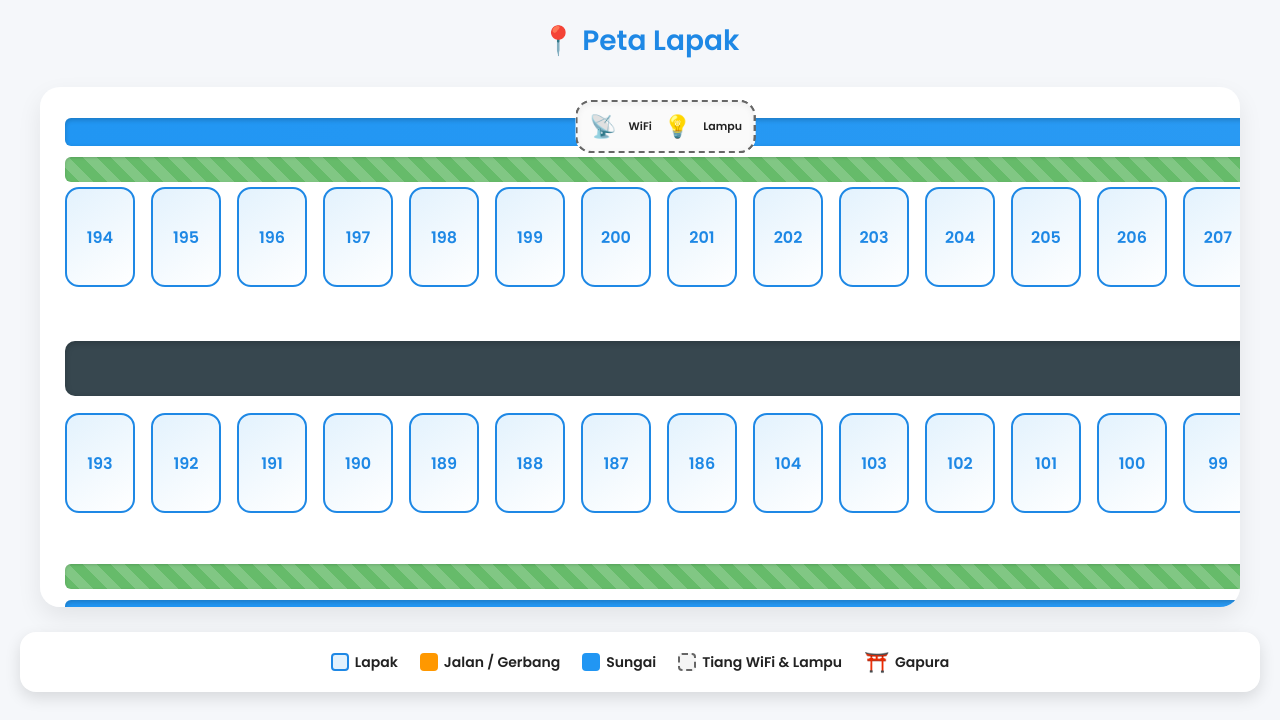
Repository: pasarrakyatbak/denah
Page: index.html
The author's editor kept a copy of each file at every save. The page is drawn from the files as they stood at one save, then again after a run of saves.
The browser window is 1280 px wide. The pictures show the whole page.
An inner scrolling area shows only its first screen.

Above is the page before, as saved 2025-09-19 19:02:27.

### index.html
<!DOCTYPE html>
<html lang="id">

<head>
    <meta charset="utf-8" />
    <meta name="viewport" content="width=device-width, initial-scale=1" />
    <title>Peta Lapak Modern</title>
    <link href="https://fonts.googleapis.com/css2?family=Poppins:wght@400;600&display=swap" rel="stylesheet">
    <link rel="stylesheet" href="style.css" />
</head>

<body>
    <h1>📍 Peta Lapak</h1>

    <!-- Tooltip -->
    <div class="tooltip" id="tooltip"></div>

    <!-- Grid Container -->
    <div class="scroll-container">
        <div class="h-inner">

            <!-- Rumput kiri -->
            <div class="sungai-side">🌊 Sungai</div>
            <div class="rumput"></div>
            <!-- Lapak kanan (sekarang di atas jalan utama) -->
            <div class="row bottom" id="right-side"></div>
            <!-- Jalan utama -->
            <div class="road-wrapper">
                <div class="road">JALAN UTAMA</div>
            </div>

            <!-- Lapak kiri (sekarang di bawah jalan utama) -->
            <div class="row top" id="left-side"></div>

            <!-- Rumput kanan -->
            <div class="rumput"></div>
            <div class="sungai-side">🌊 Sungai</div>
        </div>
    </div>


    <!-- Legend -->
    <div class="legend">
        <div>
            <div class="legend-color lapak-color"></div> Lapak
        </div>
        <div>
            <div class="legend-color jalan-color"></div> Jalan / Gerbang
        </div>
        <div>
            <div class="legend-color sungai-color"></div> Sungai
        </div>
        <div>
            <div class="legend-color tiang-color"></div> Tiang WiFi & Lampu
        </div>
        <div>
            <div class="legend-icon">⛩️</div> Gapura
        </div>
    </div>
    </div>

    <script src="script.js"></script>
</body>

</html>

### style.css
/* Reset & Base */
* {
    margin: 0;
    padding: 0;
    box-sizing: border-box;
}

body {
    font-family: 'Poppins', sans-serif;
    background: #f5f7fa;
    color: #222;
    padding: 20px;
    text-align: center;
}

h1 {
    font-size: 28px;
    margin-bottom: 25px;
    color: #1e88e5;
    font-weight: 700;
}

/* Scroll container */
.scroll-container {
    width: 100%;
    max-width: 1200px;
    height: 520px;
    overflow: auto;
    background: #fff;
    border-radius: 20px;
    padding: 25px;
    box-shadow: 0 10px 25px rgba(0, 0, 0, 0.08);
    margin: auto;
}

.h-inner {
    display: flex;
    flex-direction: column;
    gap: 5px;
    min-width: max-content;
}

.row {
    display: flex;
    gap: 16px;
    align-items: flex-start;
    flex-wrap: wrap;
    min-width: max-content;
}

/* Lapak modern */
.lapak {
    width: 70px;
    height: 100px;
    border-radius: 14px;
    background: linear-gradient(145deg, #e3f2fd, #ffffff);
    border: 2px solid #1e88e5;
    color: #1e88e5;
    font-weight: 600;
    display: flex;
    align-items: center;
    justify-content: center;
    cursor: pointer;
    font-size: 16px;
    transition: all 0.3s ease;
}

.lapak:hover {
    background: #1e88e5;
    color: #fff;
    transform: translateY(-6px) scale(1.08);
    box-shadow: 0 10px 18px rgba(30, 136, 229, 0.35);
}

/* Jalan utama */
.road {
    height: 85px;
    background: #37474f;
    color: #fff;
    display: flex;
    align-items: center;
    justify-content: center;
    border-radius: 14px;
    font-weight: 700;
    font-size: 16px;
    margin: 12px 0;
    letter-spacing: 1px;
    box-shadow: inset 0 2px 6px rgba(0, 0, 0, 0.2);
}

/* Jalan / Gerbang */
.jalan-gerbang {
    width: 150px;
    height: 50px;
    background: #ff9800;
    color: #fff;
    display: flex;
    align-items: center;
    justify-content: center;
    border-radius: 12px;
    font-weight: 700;
    transition: all 0.3s;
    box-shadow: 0 4px 12px rgba(255, 152, 0, 0.3);
}

.jalan-gerbang:hover {
    background: #fb8c00;
    transform: translateY(-4px);
}

/* Gapura lintas jalan */
.gapura-container {
    width: 70px;
    height: 100px;
    display: flex;
    flex-direction: column;
    align-items: center;
    justify-content: center;
    gap: 4px;
}

.gapura-icon {
    font-size: 26px;
}

.gapura-arrow {
    font-size: 18px;
}

/* Sungai */
.sungai-bawah {
    background: linear-gradient(180deg, #2196f3 0%, #64b5f6 100%);
    border-radius: 12px;
    color: #fff;
    font-weight: 600;
    display: flex;
    align-items: center;
    justify-content: center;
    font-size: 0.85em;
    width: 120%;
    height: 40px;
    box-shadow: 0 3px 8px rgba(33, 150, 243, 0.4);
}

.sungai-atas {
    background: linear-gradient(90deg, #00bfff, #4fc3f7);
    color: #fff;
    font-size: 12px;
    font-weight: bold;
    padding: 4px 10px;
    border-radius: 8px;
    margin-bottom: 5px;
}

/* Tiang WiFi + Lampu */
.tiang-container {
    position: absolute;
    top: 100px;
    left: 52%;
    transform: translateX(-50%);
    z-index: 5;
    min-width: 120px;
    padding: 8px 12px;
    background: #fafafa;
    border: 2px dashed #666;
    border-radius: 16px;
    display: flex;
    align-items: center;
    justify-content: center;
    gap: 12px;
    font-size: 22px;
    font-weight: bold;
    color: #444;
    box-shadow: inset 0 2px 6px rgba(0, 0, 0, 0.05);
}

.tiang-label {
    font-size: 11px;
    font-weight: 600;
    color: #222;
}


/* Tooltip */
.tooltip {
    position: absolute;
    background: rgba(30, 136, 229, 0.95);
    color: #fff;
    padding: 7px 12px;
    border-radius: 8px;
    font-size: 13px;
    pointer-events: none;
    opacity: 0;
    transition: opacity 0.2s, transform 0.2s;
    z-index: 10;
    transform: translateY(-4px);
}

/* Legend */
.legend {
    margin-top: 25px;
    background: #fff;
    padding: 14px 20px;
    border-radius: 16px;
    box-shadow: 0 6px 16px rgba(0, 0, 0, 0.12);
    font-size: 14px;
    font-weight: 600;
    line-height: 1.6;
    display: flex;
    gap: 22px;
    justify-content: center;
    flex-wrap: wrap;
}

.legend div {
    display: flex;
    align-items: center;
    gap: 6px;
}

.legend-color {
    width: 18px;
    height: 18px;
    border-radius: 4px;
}

.legend-icon {
    font-size: 20px;
}

/* Legend colors */
.lapak-color {
    background: #e3f2fd;
    border: 2px solid #1e88e5;
}

.jalan-color {
    background: #ff9800;
}

.sungai-color {
    background: #2196f3;
}

.tiang-color {
    background: #f5f5f5;
    border: 2px dashed #666;
}

/* Wrapper */
.lapak-wrapper {
    display: flex;
    flex-direction: column;
    align-items: center;
    gap: 6px;
}

.lapak-wrapper .lapak {
    order: 2;
}

.lapak-wrapper .jalan-gerbang,
.lapak-wrapper .gapura-container,
.lapak-wrapper .sungai-atas,
.lapak-wrapper .sungai-bawah,
.lapak-wrapper .tiang-container {
    order: 1;
}

/* Bungkus jalan + rumput */
.road-wrapper {
    display: flex;
    flex-direction: column;
    gap: 6px;
    width: 100%;
}

/* Jalan utama penuh kiri kanan */
.road {
    height: 55px;
    width: 100%;
    background: #37474f;
    color: #fff;
    display: flex;
    align-items: center;
    justify-content: center;
    border-radius: 10px;
    font-weight: 700;
    font-size: 16px;
    letter-spacing: 1px;
    box-shadow: inset 0 2px 6px rgba(0, 0, 0, 0.2);
}

/* Rumput di sisi jalan */
.rumput {
    height: 25px;
    width: 100%;
    background: repeating-linear-gradient(45deg,
            #66bb6a,
            #66bb6a 10px,
            #81c784 10px,
            #81c784 20px);
    border-radius: 6px;
    box-shadow: inset 0 1px 3px rgba(0, 0, 0, 0.15);
}

/* Sungai samping */
.sungai-side {
    width: 100%;
    height: 28px;
    background: linear-gradient(90deg, #2196f3, #64b5f6);
    border-radius: 6px;
    color: #fff;
    font-weight: 600;
    font-size: 13px;
    display: flex;
    align-items: center;
    justify-content: center;
    gap: 6px;
    box-shadow: inset 0 2px 5px rgba(0, 0, 0, 0.2);
    margin: 6px 0;
}

/* Responsive */
@media(max-width:900px) {
    .scroll-container {
        height: 450px;
    }

    .lapak {
        width: 60px;
        height: 90px;
        font-size: 14px;
    }

    .jalan-gerbang {
        width: 120px;
        height: 45px;
        font-size: 13px;
    }
}

@media(max-width:600px) {
    body {
        padding: 12px;
    }

    h1 {
        font-size: 22px;
    }

    .scroll-container {
        height: 400px;
        padding: 12px;
    }

    .lapak {
        width: 50px;
        height: 80px;
        font-size: 13px;
    }

    .jalan-gerbang {
        width: 100px;
        height: 40px;
        font-size: 12px;
    }

    .sungai-bawah {
        width: 100%;
        height: 35px;
        font-size: 0.75em;
    }
}

### script.js
// DATA NOMOR
const leftNumbers = [1, 2, 3, 4, 5, 6, 7, 8, 9, 10, 11, 15, 16, 17, 18, 19, 20, 21, 22, 23, 24, 25, 26, 27, 28, 29, 30, 31, 32, 33, 34, 35, 36, 37, 38, 39, 40, 41, 42, 43, 44, 45, 46, 47, 48, 49, 50, 51, 52, 53, 54, 55, 56, 57, 58, 59, 60, 61, 62, 63, 64, 65, 66, 67, 68, 69, 70, 71, 72, 73, 74, 75, 76, 77, 78, 79, 80, 81, 82, 83, 84, 85, 86, 87, 88, 89, 90, 91, 92, 93, 94, 95, 96, 97, 98, 99, 100, 101, 102, 103, 104, 186, 187, 188, 189, 190, 191, 192, 193];
const rightNumbers = [194, 195, 196, 197, 198, 199, 200, 201, 202, 203, 204, 205, 206, 207, 208, 209, 210, 211, 212, 213, 105, 106, 107, 108, 109, 110, 111, 112, 113, 114, 115, 116, 117, 118, 119, 120, 121, 122, 123, 124, 125, 126, 127, 128, 129, 130, 131, 132, 133, 134, 135, 136, 137, 138, 214, 215, 216, 139, 140, 141, 142, 143, 144, 145, 146, 147, 148, 149, 150, 151, 152, 153, 154, 155, 156, 157, 158, 159, 160, 161, 162, 163, 164, 165, 166, 167, 168, 169, 170, 171, 172, 173, 174, 175, 176, 177, 178, 179, 180, 181, 182, 183, 184, 185];

const rightSide = document.getElementById('right-side');
const leftSide = document.getElementById('left-side');

// Buat lapak
function makeLapak(num) {
    const d = document.createElement('div');
    d.className = 'lapak';
    d.textContent = num;
    return d;
}

rightNumbers.forEach(n => rightSide.appendChild(makeLapak(n)));
leftNumbers.slice().reverse().forEach(n => leftSide.appendChild(makeLapak(n)));

// Gerbang
function insertGerbangBetween(parent, a, b, label = 'Gerbang') {
    const children = Array.from(parent.children);
    const idxA = children.findIndex(c => c.textContent == String(a));
    const idxB = children.findIndex(c => c.textContent == String(b));
    if (idxA === -1 || idxB === -1) return;
    const insertAfterIndex = Math.min(idxA, idxB);
    const refNode = parent.children[insertAfterIndex + 1] || null;
    const g = document.createElement('div');
    g.className = 'jalan-gerbang';
    g.textContent = label;
    parent.insertBefore(g, refNode);
}
insertGerbangBetween(leftSide, 2, 3);
insertGerbangBetween(leftSide, 11, 15);

// Gapura lintas jalan
function insertGapura(leftParent, rightParent, a, b) {
    const idxL = Array.from(leftParent.children).findIndex(c => c.textContent == a);
    const idxR = Array.from(rightParent.children).findIndex(c => c.textContent == b);
    if (idxL === -1 || idxR === -1) return;

    const gapuraBottom = document.createElement('div');
    gapuraBottom.className = 'gapura-container';
    gapuraBottom.innerHTML = `<div class="gapura-icon">⛩️</div><div class="gapura-arrow">⬆️</div>`;
    leftParent.insertBefore(gapuraBottom, leftParent.children[idxL + 1]);

    const gapuraTop = document.createElement('div');
    gapuraTop.className = 'gapura-container';
    gapuraTop.innerHTML = `<div class="gapura-arrow">⬇️</div><div class="gapura-icon">⛩️</div>`;
    rightParent.insertBefore(gapuraTop, rightParent.children[idxR]);
}
insertGapura(leftSide, rightSide, 57, 146);

// Sungai
function placeSungaiBelow(parent, num) {
    const target = Array.from(parent.children).find(c => c.textContent == num);
    if (!target) return;
    const wrapper = document.createElement('div');
    wrapper.className = 'lapak-wrapper';
    wrapper.setAttribute('data-lapak', num);
    parent.insertBefore(wrapper, target);
    wrapper.appendChild(target);

    const sungai = document.createElement('div');
    sungai.className = 'sungai-bawah';
    sungai.textContent = 'Sungai';
    wrapper.appendChild(sungai);
}
function placeSungaiAbove(parent, num) {
    const target = Array.from(parent.children).find(c => c.textContent == num);
    if (!target) return;
    const wrapper = document.createElement('div');
    wrapper.className = 'lapak-wrapper';
    wrapper.setAttribute('data-lapak', num);
    parent.insertBefore(wrapper, target);
    wrapper.appendChild(target);

    const sungai = document.createElement('div');
    sungai.className = 'sungai-atas';
    sungai.textContent = 'Sungai';
    wrapper.insertBefore(sungai, target);
}
placeSungaiBelow(leftSide, 62);
placeSungaiAbove(rightSide, 141);

// Tiang WiFi + Lampu
function insertTiangAbove(parent, num) {
    const target = Array.from(parent.children).find(c => c.textContent == num);
    if (!target) return;

    // Bungkus dulu
    const wrapper = document.createElement('div');
    wrapper.className = 'lapak-wrapper';
    parent.insertBefore(wrapper, target);
    wrapper.appendChild(target);

    // Tambah tiang di atas lapak
    const tiang = document.createElement('div');
    tiang.className = 'tiang-container';
    tiang.innerHTML = `📡<div class="tiang-label">WiFi</div>💡<div class="tiang-label">Lampu</div>`;
    wrapper.insertBefore(tiang, target);
}


// Jalan
function insertJalan(parent, a, b, label = 'Jalan') {
    const idxA = Array.from(parent.children).findIndex(c => c.textContent == a);
    const idxB = Array.from(parent.children).findIndex(c => c.textContent == b);
    if (idxA === -1 || idxB === -1) return;
    const insertAfter = Math.min(idxA, idxB);
    const refNode = parent.children[insertAfter + 1] || null;
    const jalan = document.createElement('div');
    jalan.className = 'jalan-gerbang';
    jalan.textContent = label;
    parent.insertBefore(jalan, refNode);
}

// Contoh insert
insertJalan(rightSide, 156, 157);
insertJalan(rightSide, 216, 139);
insertJalan(rightSide, 163, 164);
insertJalan(rightSide, 180, 181);
insertTiangAbove(rightSide, 20, 201);
insertTiangAbove(rightSide, 108, 109);
insertTiangAbove(rightSide, 124, 125);
insertTiangAbove(rightSide, 137, 138);

const tooltip = document.getElementById('tooltip');

function showTooltip(e, text) {
    tooltip.textContent = text;
    tooltip.style.left = e.pageX + 10 + 'px';
    tooltip.style.top = e.pageY + 10 + 'px';
    tooltip.style.opacity = 1;
}

function hideTooltip() {
    tooltip.style.opacity = 0;
}

// Tambahkan tooltip untuk setiap elemen
document.querySelectorAll('.lapak').forEach(el => {
    el.addEventListener('mouseenter', e => showTooltip(e, 'Lapak #' + el.textContent));
    el.addEventListener('mousemove', e => showTooltip(e, 'Lapak #' + el.textContent));
    el.addEventListener('mouseleave', hideTooltip);
});

document.querySelectorAll('.jalan-gerbang').forEach(el => {
    el.addEventListener('mouseenter', e => showTooltip(e, 'Jalan / Gerbang: ' + el.textContent));
    el.addEventListener('mousemove', e => showTooltip(e, 'Jalan / Gerbang: ' + el.textContent));
    el.addEventListener('mouseleave', hideTooltip);
});

document.querySelectorAll('.sungai-bawah, .sungai-atas').forEach(el => {
    el.addEventListener('mouseenter', e => showTooltip(e, 'Sungai'));
    el.addEventListener('mousemove', e => showTooltip(e, 'Sungai'));
    el.addEventListener('mouseleave', hideTooltip);
});

document.querySelectorAll('.tiang-container').forEach(el => {
    el.addEventListener('mouseenter', e => showTooltip(e, 'Tiang WiFi & Lampu'));
    el.addEventListener('mousemove', e => showTooltip(e, 'Tiang WiFi & Lampu'));
    el.addEventListener('mouseleave', hideTooltip);
});

document.querySelectorAll('.gapura-container').forEach(el => {
    el.addEventListener('mouseenter', e => showTooltip(e, 'Gapura Lintas Jalan'));
    el.addEventListener('mousemove', e => showTooltip(e, 'Gapura Lintas Jalan'));
    el.addEventListener('mouseleave', hideTooltip);
});

After the next 2 saves:
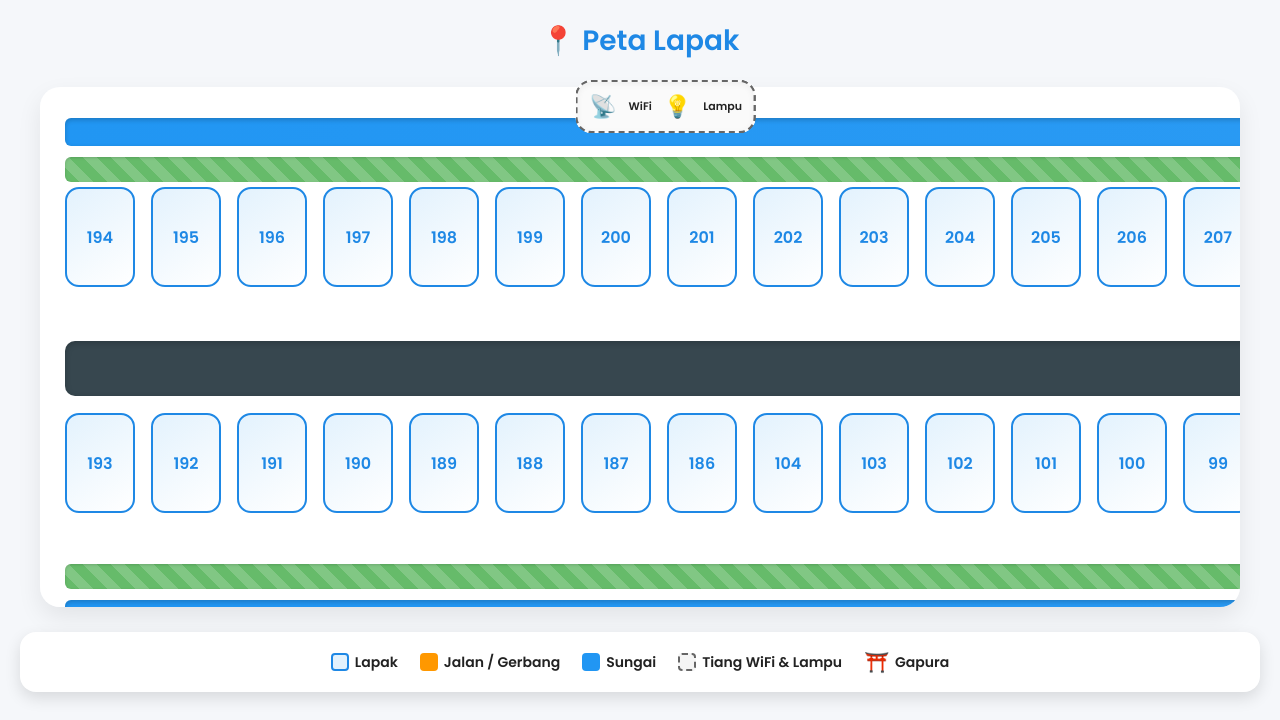
The 2 saves are shown as one change because they came seconds apart.
The last was saved 50 s later.
--- a/style.css
+++ b/style.css
@@ -155,7 +155,7 @@ h1 {
 /* Tiang WiFi + Lampu */
 .tiang-container {
     position: absolute;
-    top: 100px;
+    top: 80px;
     left: 52%;
     transform: translateX(-50%);
     z-index: 5;
